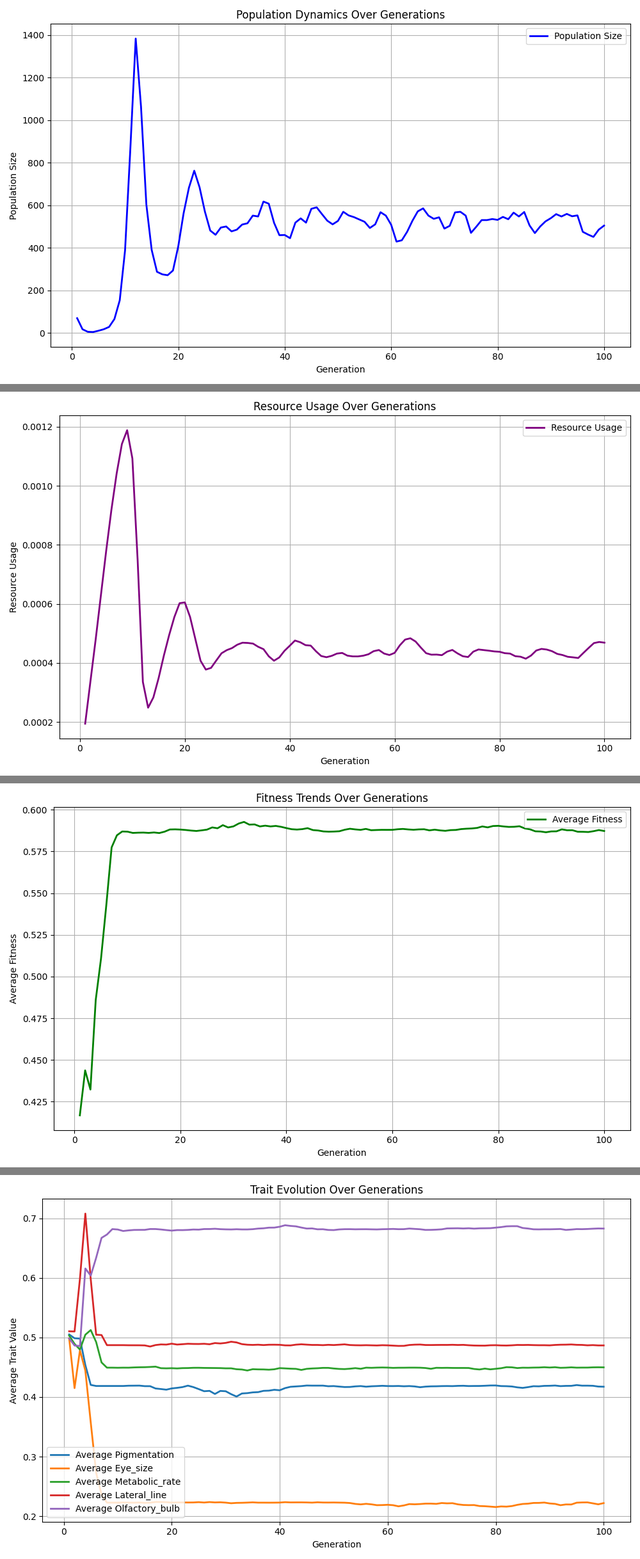
Repository: Christopher-Xu1/CaveEvolutionSimulator
Script's output: python src/simulation.py
The author's editor kept a copy of each file at every save. The script's output is drawn from the files as they stood at one save, then again after a run of saves.
The pictures are shown at 64% of full size.
Each picture stacks the figures in order, with grey between them; figures that are only written to a file come last. Random numbers start from a fixed seed.

Above is the script's output before, as saved 2024-12-20 18:01:31.

After the next 2 saves:
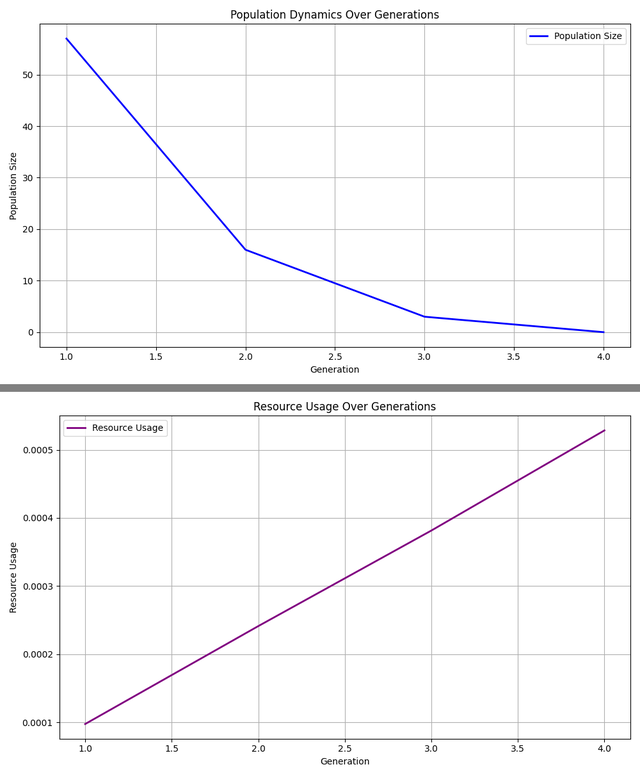
Error (its wording comes from the project's code and is left out).
The 2 saves are shown as one change because they came seconds apart.
The last was saved 51 s later.
--- a/src/simulation.py
+++ b/src/simulation.py
@@ -216,7 +216,7 @@ if __name__ == "__main__":
     run_simulation(
         num_decades=10,
         initial_population_size=500,
-        preset_name="default_cave",
+        preset_name="harsh_cave",
         num_patches=1,
         fitness_threshold=0.7,
         egg_count=50,
